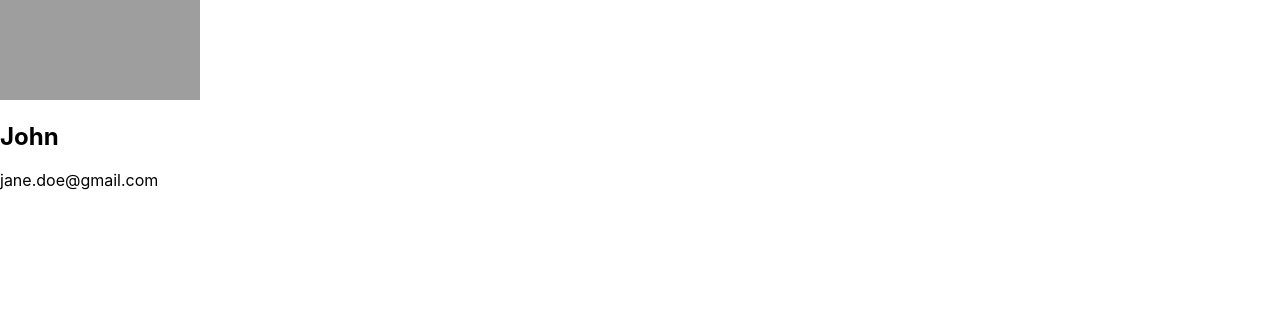
Repository: Laoye99/cars
Page: /
These files come from the project's save history. The page is drawn as it stood at one moment and after the next save; the edit follows.
The browser window is 1280 px wide. The pictures show the whole page.
Pictures or frames that could not be fetched are drawn as grey boxes. The project was rebuilt for these pictures with package versions that can differ from the ones it lists, and the page was loaded fresh each time.

Above is the page before, as saved 2024-02-01 12:48:08.

### src/index.js
import React from 'react';
import ReactDOM from 'react-dom/client';
import './index.css';
import Card from './Card'
import reportWebVitals from './reportWebVitals';
import 'tachyons';

const root = ReactDOM.createRoot(document.getElementById('root'));
root.render(
  <React.StrictMode>
    <Card />
  </React.StrictMode>
);

// If you want to start measuring performance in your app, pass a function
// to log results (for example: reportWebVitals(console.log))
// or send to an analytics endpoint. Learn more: https://bit.ly/CRA-vitals
reportWebVitals();

### src/Card.js
import React from "react";

const Card = () => {
    return (
        <div>
        <img alt="cars" src="https://images.unsplash.com/photo-1617469767053-d3b523a0b982?q=80&w=931&auto=format&fit=crop&ixlib=rb-4.0.3&ixid=M3wxMjA3fDB8MHxwaG90by1wYWdlfHx8fGVufDB8fHx8fA%3D%3D"
        height={100}
        width={200}/>
        <div>
        <h2>John</h2>
        <p>jane.doe@gmail.com</p>
        </div>
        </div>
    );
}

export default Card;

Loaded but not shown: public/index.html (common file); src/index.css (common file); src/reportWebVitals.js (common file)

After the next save:
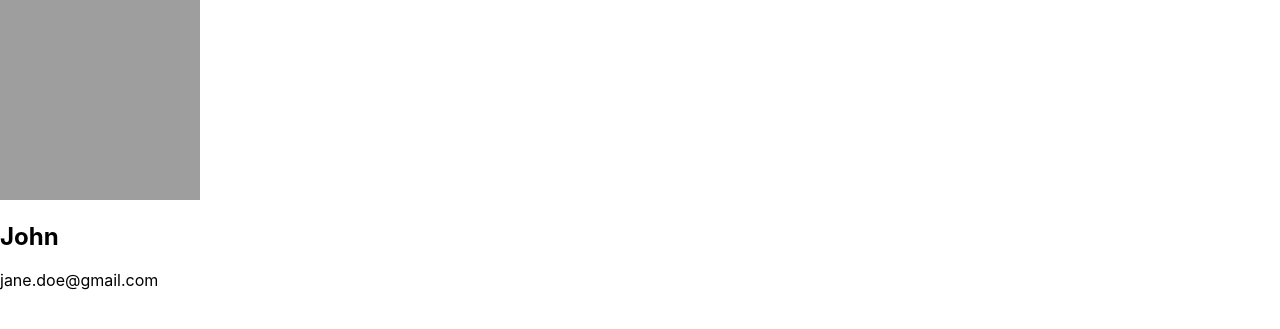
Saved 35 s later.
--- a/src/Card.js
+++ b/src/Card.js
@@ -4,7 +4,7 @@
     return (
         <div>
         <img alt="cars" src="https://images.unsplash.com/photo-1617469767053-d3b523a0b982?q=80&w=931&auto=format&fit=crop&ixlib=rb-4.0.3&ixid=M3wxMjA3fDB8MHxwaG90by1wYWdlfHx8fGVufDB8fHx8fA%3D%3D"
-        height={100}
+        height={200}
         width={200}/>
         <div>
         <h2>John</h2>

After the 3 saves that followed:
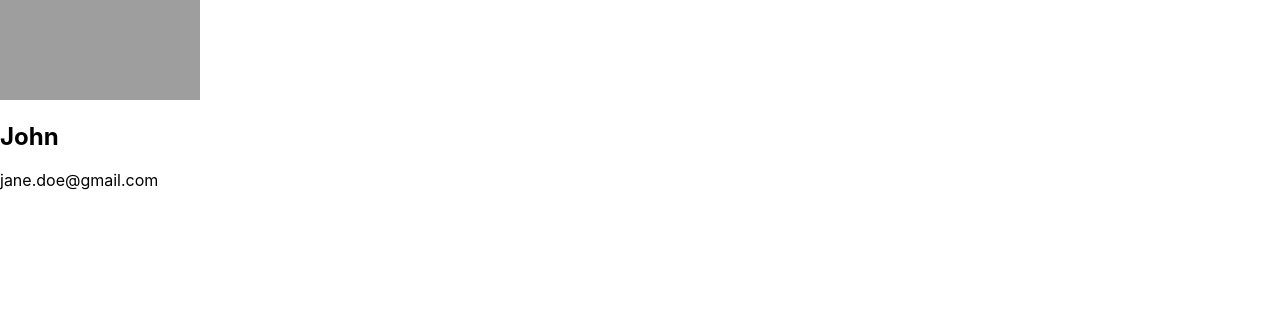
The 3 saves are shown as one change because they came seconds apart.
The last was saved 20 s later.
--- a/src/Card.js
+++ b/src/Card.js
@@ -4,7 +4,7 @@
     return (
         <div>
         <img alt="cars" src="https://images.unsplash.com/photo-1617469767053-d3b523a0b982?q=80&w=931&auto=format&fit=crop&ixlib=rb-4.0.3&ixid=M3wxMjA3fDB8MHxwaG90by1wYWdlfHx8fGVufDB8fHx8fA%3D%3D"
-        height={200}
+        height={100}
         width={200}/>
         <div>
         <h2>John</h2>
